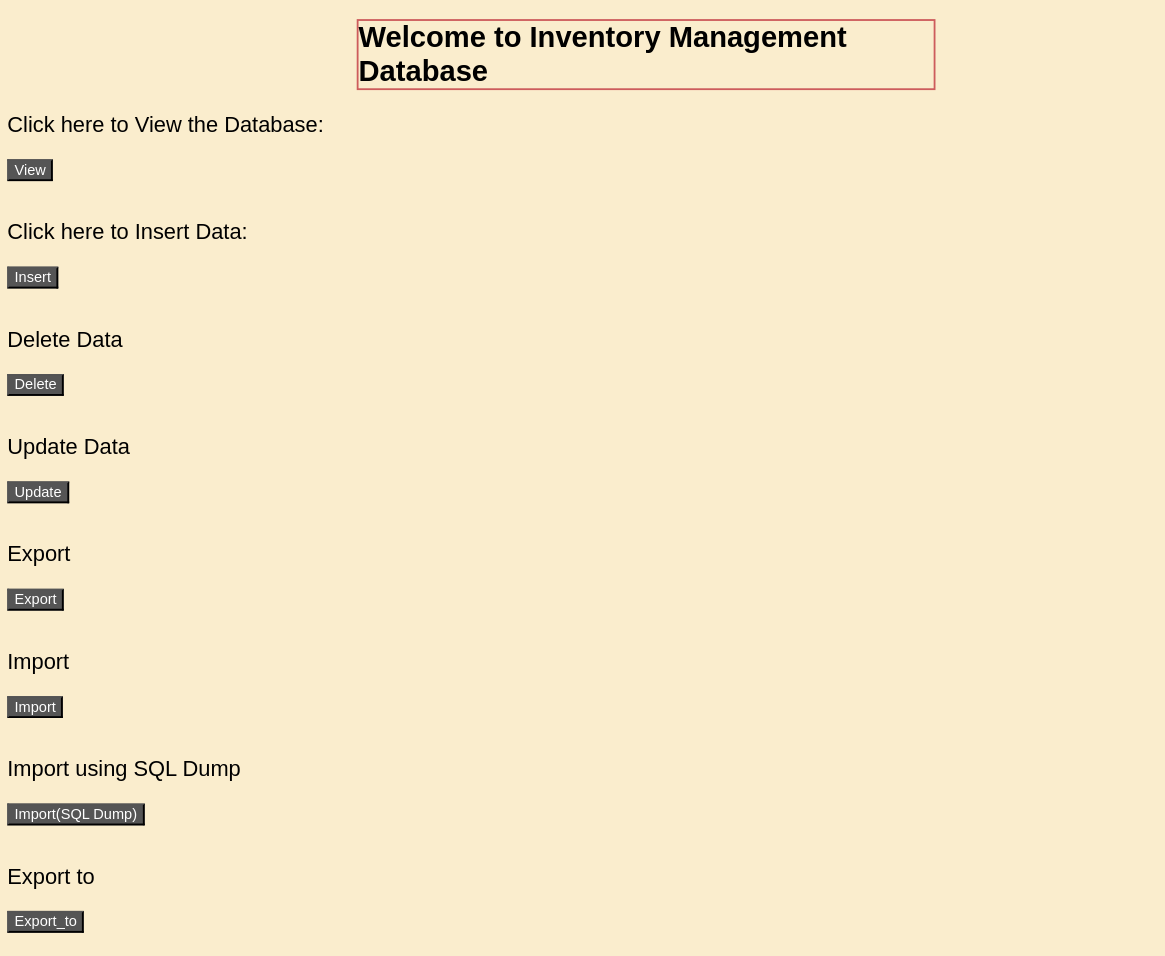
Repository: cyrusdwivedi2002/inventory-management-system
Page: DemoApp/src/main/webapp/Mainpage.html
The author's editor kept a copy of each file at every save. The page is drawn from the files as they stood at one save, then again after the next save.
The browser window is 1280 px wide. The pictures show the whole page, at 91% of full size.
Some web fonts or font styles are not loaded; a fallback is used.

Above is the page before, as saved 2022-06-24 18:35:58.

After the next save:
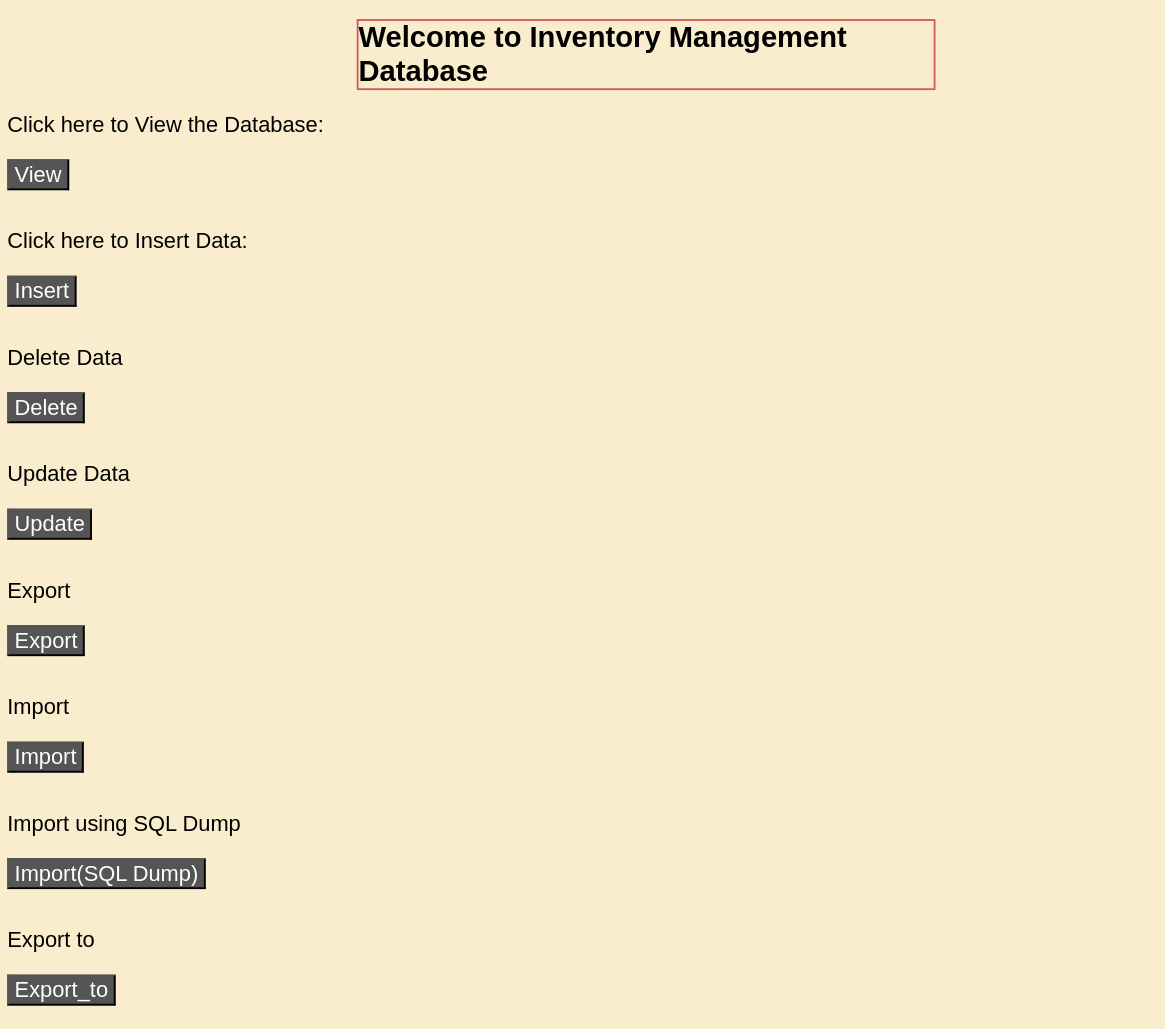
Saved 22 s later.
--- a/DemoApp/src/main/webapp/Mainpage.html
+++ b/DemoApp/src/main/webapp/Mainpage.html
@@ -24,7 +24,7 @@ font-size:x-large;
 button{
 background-color: #555555;
 color:white;
-font-size: 16px;
+font-size: 24px;
 }
 button:hover{
 cursor:pointer;
